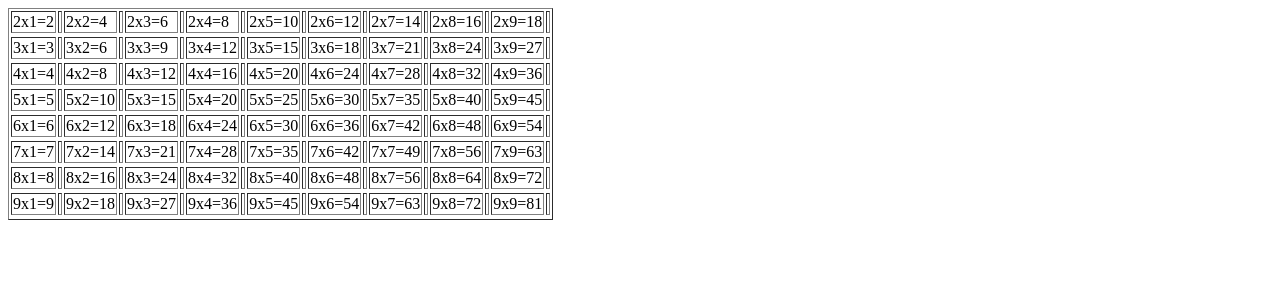
Repository: tldnwkd/jspclass2026
Page: http://localhost/chapter01/test02.jsp
The author's editor kept a copy of each file at every save. The page is drawn from the files as they stood at one save, then again after the next save.
The browser window is 1280 px wide. The pictures show the whole page.
The page is served by Tomcat 9.

Above is the page before, as saved 2026-10-16 04:14:25.

After the next save:
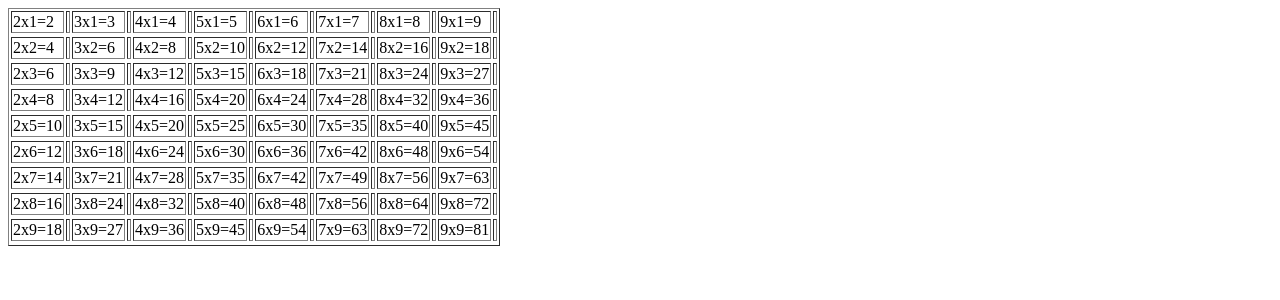
Saved 116 s later.
--- a/chapter01/src/main/webapp/test02.jsp
+++ b/chapter01/src/main/webapp/test02.jsp
@@ -9,15 +9,15 @@
 <body>
 <!-- 구구단 2단~ 9단까지 모두 출력할 것 -->
 <table border="1">
-<%for(int i=2; i<10; i++) {%>
+<%for(int i=1; i<10; i++) {%>
 	<tr>
-	<%for(int j=1; j<10; j++){%>
-	<td><%=i%>x<%=j%>=<%=i*j%><td/>
+	<%for(int j=2; j<10; j++){%>
+	<td><%=j%>x<%=i%>=<%=j*i%><td/>
 	<%}%>
 	<tr/>
 <%}%>
 </table>
 
-
+</table>
 </body>
 </html>
